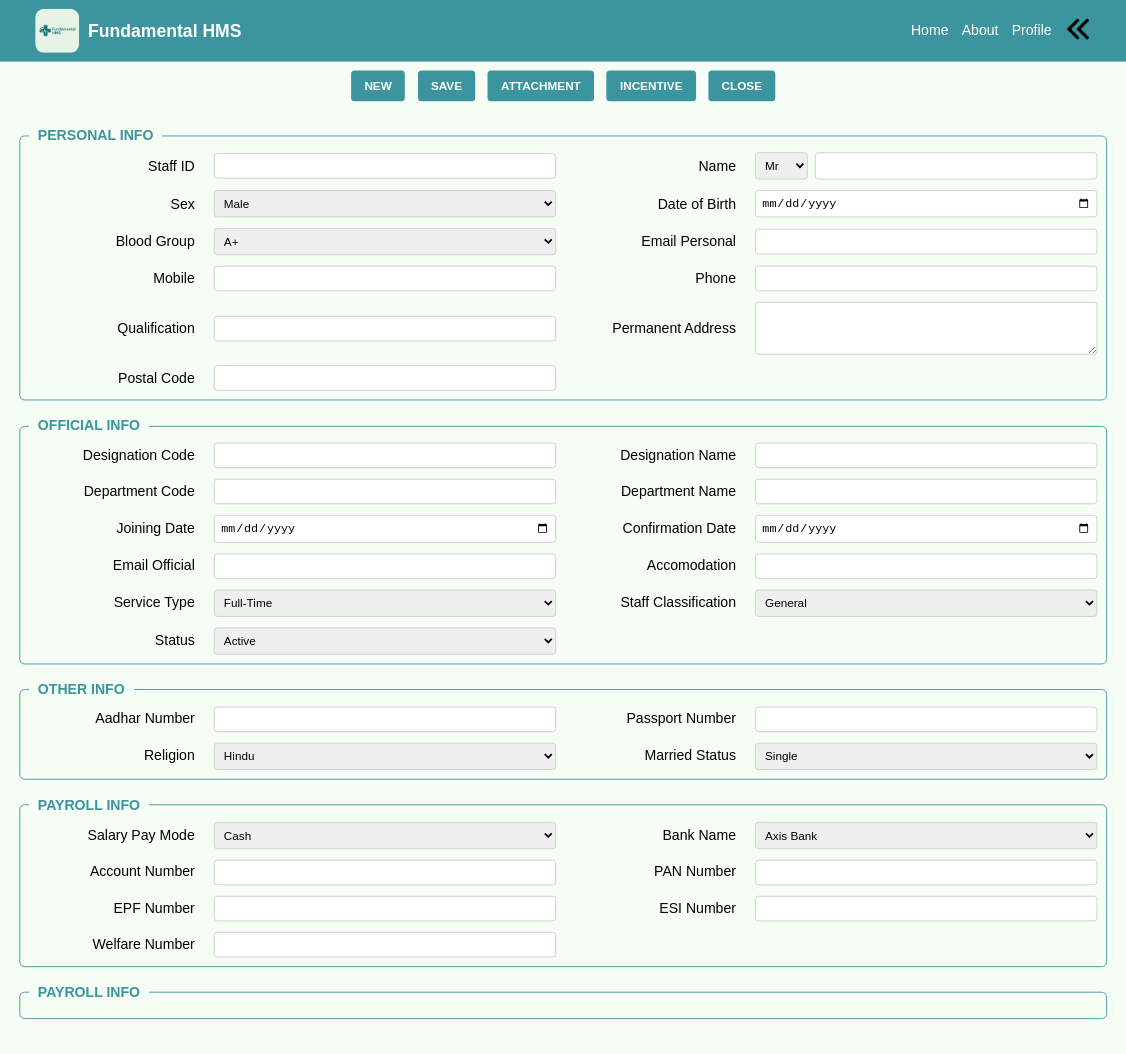
Repository: NAGENDRAN0/New
Page: http://localhost/staff
The author's editor kept a copy of each file at every save. The page is drawn from the files as they stood at one save, then again after the next save.
The browser window is 1280 px wide. The pictures show the whole page, at 88% of full size.
The page is this project's Thymeleaf template; nobody is signed in. The template is opened directly, without the code that normally fills it, so the values that code supplies are empty.

Above is the page before, as saved 2025-05-19 11:02:33.

After the next save:
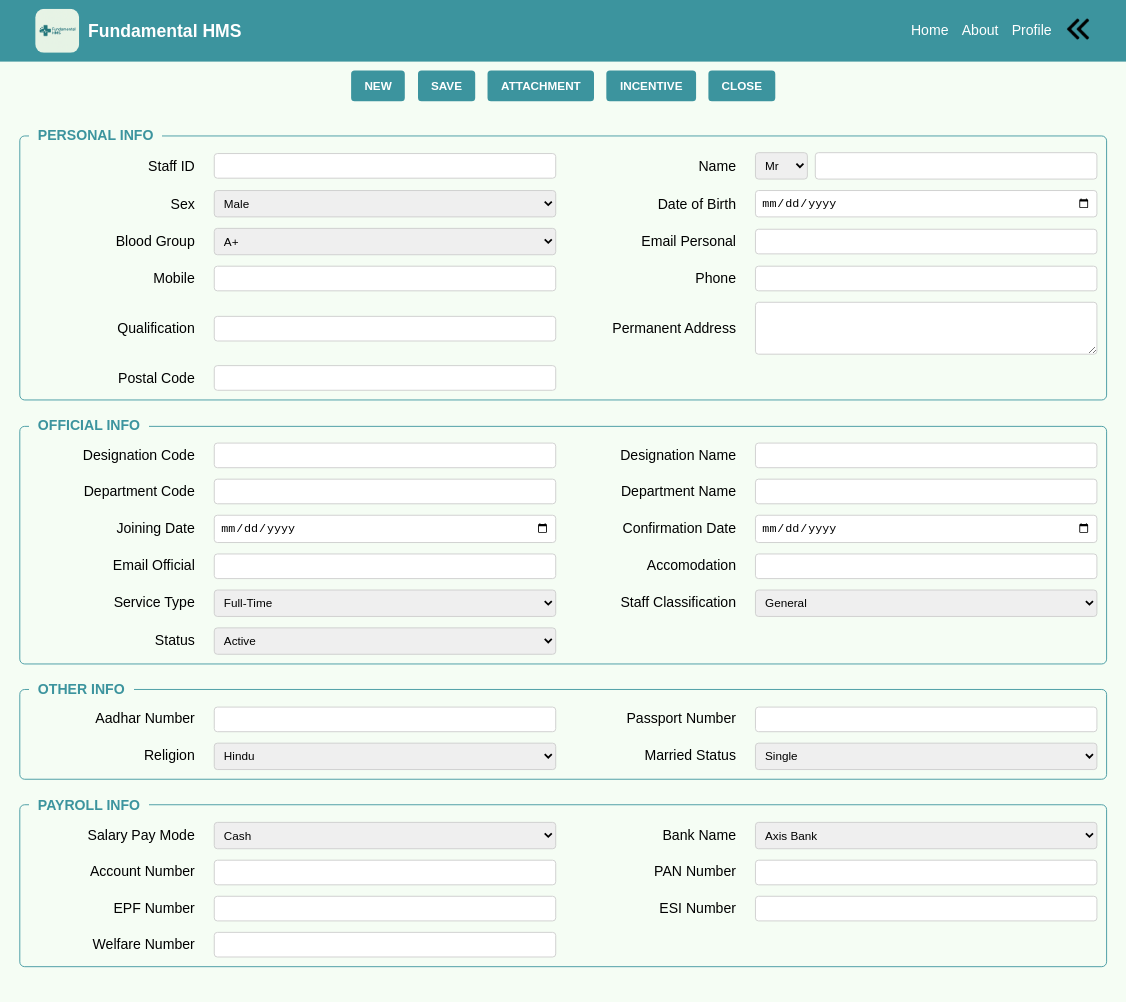
Saved 32 s later.
--- a/Documents/workspace-spring-tool-suite-4-4.25.0.RELEASE/HMS/src/main/resources/templates/staff.html
+++ b/Documents/workspace-spring-tool-suite-4-4.25.0.RELEASE/HMS/src/main/resources/templates/staff.html
@@ -295,11 +295,7 @@
 				<input type="text">
 			</div>
 		</fieldset>
-		<fieldset>
-					<legend>PAYROLL INFO</legend>
-
-
-				</fieldset>
+
 	</form>
 </body>
 
